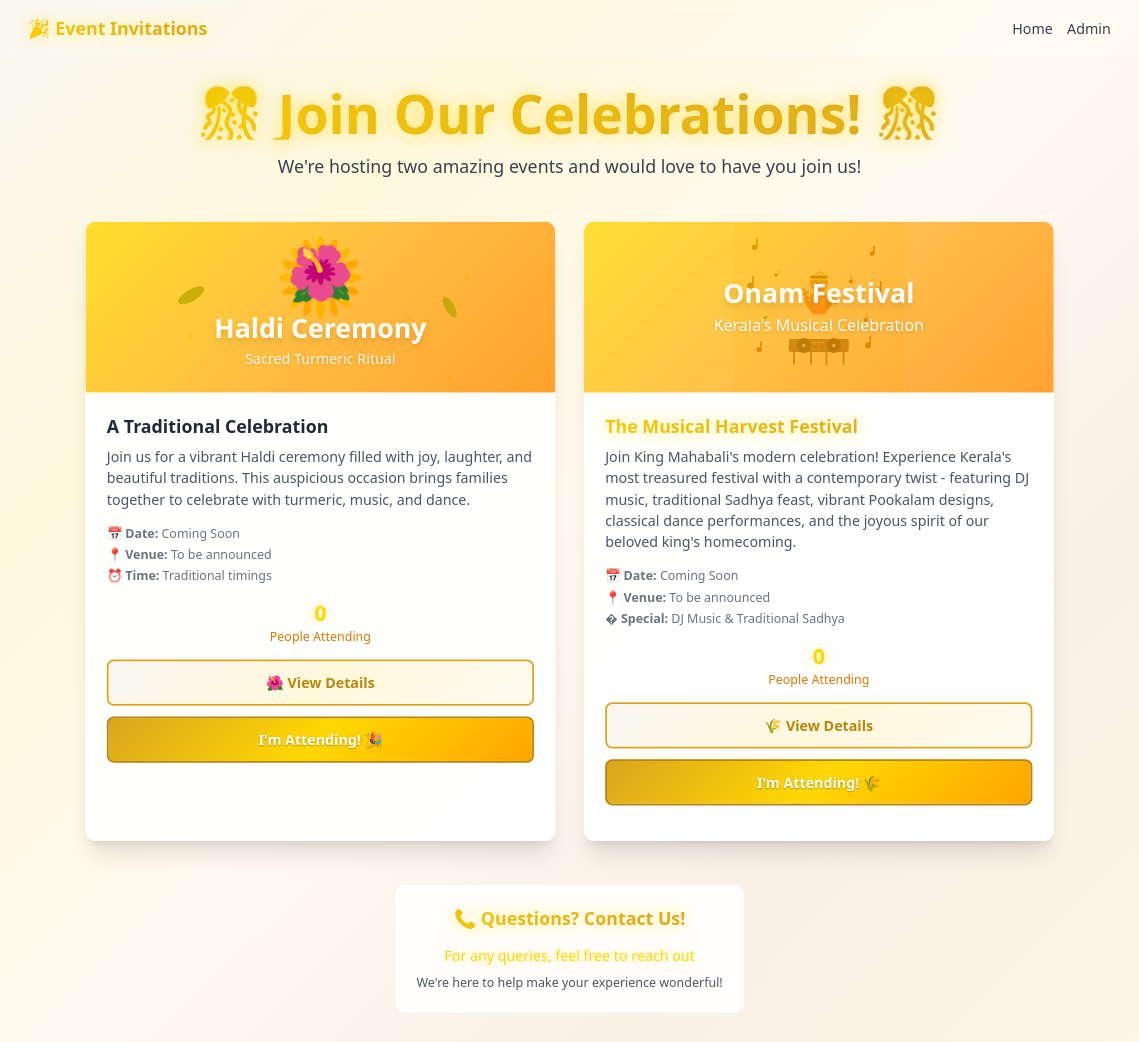
Repository: nanduldas/invitation
Page: http://localhost/
These files come from the project's save history. The page is drawn as it stood at one moment and after the next save; the edit follows.
The browser window is 1280 px wide. The pictures show the whole page, at 89% of full size.
Some web libraries are served in a nearby version. The page is served by the project's Laravel application, run on PHP 8.4 with Laravel 12. Queries for data that is not in the repository find no rows.

Above is the page before, as saved 2025-08-23 00:10:21.

After the next save:
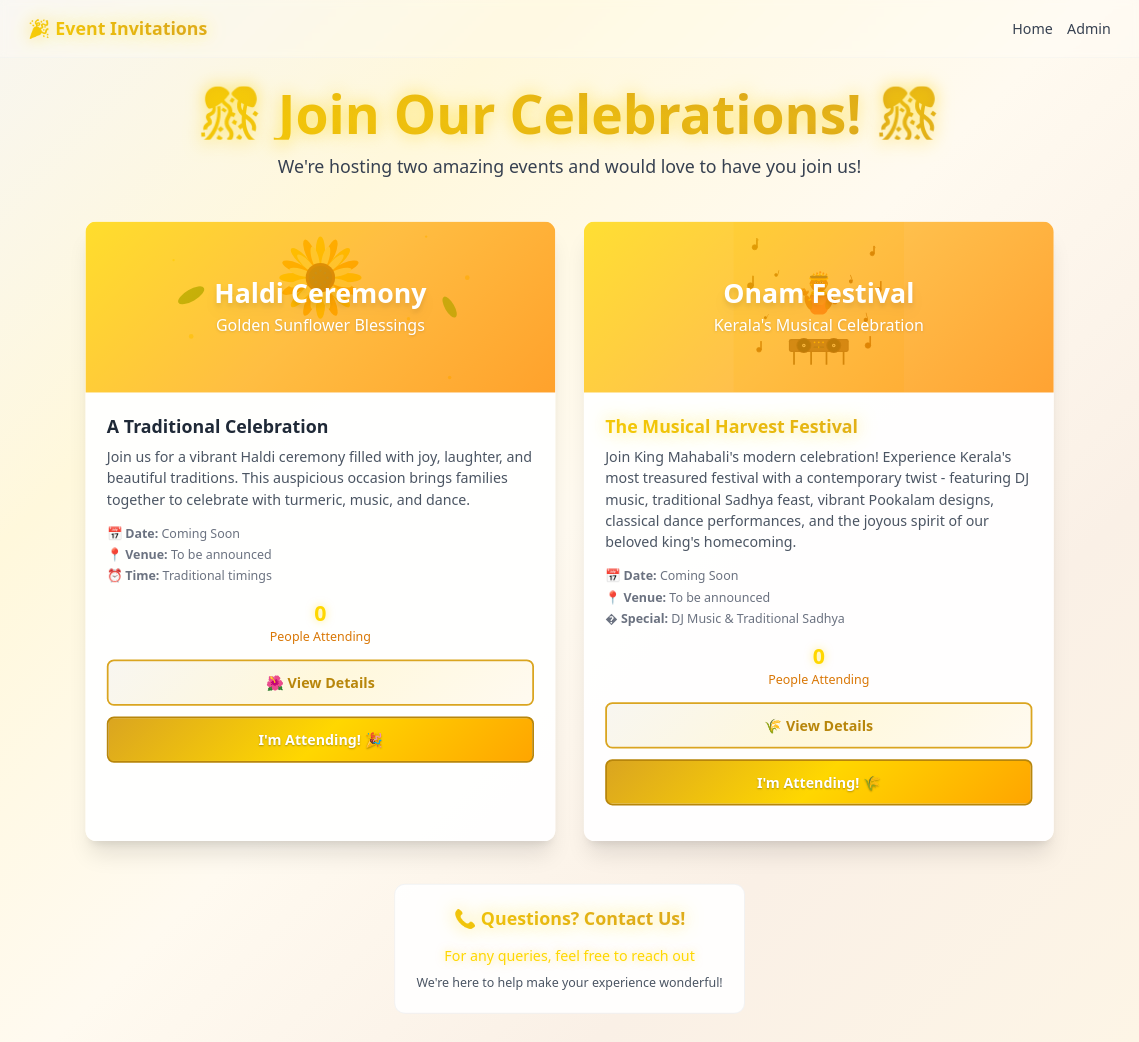
Saved 38 s later.
--- a/resources/views/events/index.blade.php
+++ b/resources/views/events/index.blade.php
@@ -19,9 +19,8 @@
             <div class="bg-haldi-theme h-48 relative">
                 <div class="haldi-overlay h-full flex items-center justify-center">
                     <div class="text-center text-white">
-                        <div class="text-6xl mb-4">🌺</div>
                         <h2 class="text-3xl font-bold drop-shadow-lg">Haldi Ceremony</h2>
-                        <p class="text-white/90 mt-1 drop-shadow">Sacred Turmeric Ritual</p>
+                        <p class="text-lg mt-1 drop-shadow">Golden Sunflower Blessings</p>
                     </div>
                 </div>
             </div>
